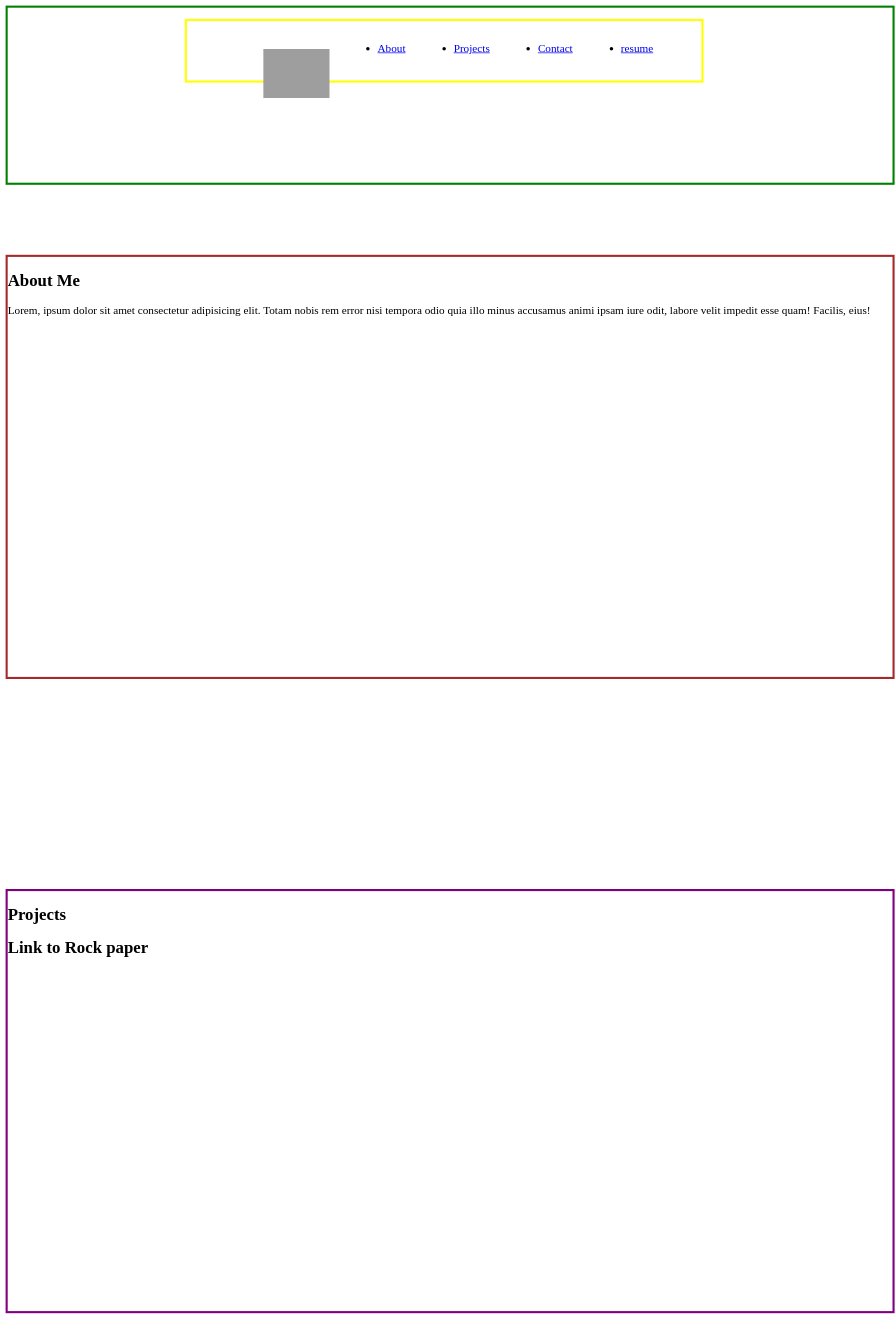
Repository: JohnDunst/projecttwo
Page: /
The author's editor kept a copy of each file at every save. The page is drawn from the files as they stood at one save, then again after the next save.
The browser window is 1280 px wide. The pictures show the part of the page from y = 0 to 1920 px (the page is 2790 px tall), at 70% of full size.
Pictures or frames that could not be fetched are drawn as grey boxes. The project was rebuilt for these pictures with package versions that can differ from the ones it lists, and the page was loaded fresh each time. Imported but missing from the stored project, and not drawn on this page: src/assets/Dunst Resume.pdf.

Above is the page before, as saved 2023-08-03 23:23:35.

### src/App.js
import React from 'react';
import Header from './components/Header';
import About from './components/About';
import Projects from './components/Projects';
import Contact from './components/Contact';
import Resume from './components/Resume';
import './style.css'

const App = () => {
  return (
    <div className="app">
      <Header />
        <About />
        <Projects />
        <Resume />
        <Contact />
    </div>
  );
};

export default App;

### src/components/Header.jsx
import React from "react";
import CV from "../assets/Dunst Resume.pdf";
import Resume from "./Resume";

const Header = () => {




  const scrollToAbout = () => {
    const aboutSection = document.getElementById("about");
    if (aboutSection) {
      aboutSection.scrollIntoView({ behavior: "smooth" });
    }
  };



  const openResume = () => {
    window.open(CV, "Dunst Resume.pdf"); // Open the PDF in a new browser tab
  };





  return (
    <div>
      <div className="headerConatiner">
        <ul className="linkContainer">
          <a href="spicy" className="nav__logo">
            <img
              src="https://encrypted-tbn0.gstatic.com/images?q=tbn:ANd9GcQTsOxv6UAiGwL2tSXdFUM0rM63enIOaDz2eQ&usqp=CAU"
              alt="Nevergiveup"
            />
          </a>
          <li>
            <a href="#about" onClick={scrollToAbout}>
              About
            </a>
          </li>
          <li>
            <a href="#projects">Projects</a>
          </li>
          <li>
            <a href="#contact">Contact</a>
          </li>
          <li>
            <a href="#resume" onClick={openResume}>
              resume
            </a>
          </li>
        </ul>
      </div>
    </div>
  );
};
export default Header;

### src/components/About.jsx
import React from 'react';

const About = () => {
  return (
    <section id="about">
      <h2>About Me</h2>
      <p>
       Lorem, ipsum dolor sit amet consectetur adipisicing elit. Totam nobis rem error nisi tempora odio quia illo minus accusamus animi ipsam iure odit, labore velit impedit esse quam! Facilis, eius!
      </p>

    </section>
  );
};

export default About;

### src/components/Projects.jsx
import React from 'react';

const Projects = () => {
  return (
    <section id="projects">
      <h2>Projects</h2>
            <div>
                <h1> Link to Rock paper </h1>


            </div>
    </section>
  );
};

export default Projects;

### src/components/Contact.jsx
import React from 'react';

const Contact = () => {
  return (
    <section id="contact">
      <h2>Contact Me</h2>
              {/* Add Linkdin Github Email  */}
    </section>
  );
};

export default Contact;

### src/components/Resume.jsx
import React, { useRef } from "react";
import CV from "../assets/Dunst Resume.pdf";
import Header from "./Header";

const Resume = () => {
  const resumeLinkRef = useRef(null);

  const openResume = () => {
    window.open(CV, "Dunst Resume.pdf"); // Open the PDF in a new browser tab
  };
  React.useEffect =
    (() => {
      if (resumeLinkRef.current) {
        resumeLinkRef.current.addEventListener("click", openResume);
      }
      return () => {
        if (resumeLinkRef.current) {
          resumeLinkRef.current.removeEventListener("click", openResume);
        }
      };
    },
    []);
};

export default Resume;

### src/style.css
.headerConatiner{
    border: solid green;
    width:100%;
    height: 250px;
    display: flex;
    flex-direction: column;

}
.searchContainer{
    border: solid teal;
    width: 100%;
    height: 100px;
    display: flex;
    justify-content: space-evenly;
    flex-direction: row;
    margin-left: 0%;
}

.linkContainer{
border: solid yellow;
width: 55%;
height:55px;
display: flex;
justify-content: space-evenly;
margin-left: 20%;
padding-top: 30px;

}
#about{
    border: solid brown;
    height: 600px;
    width: 100%;
    margin-top: 100px;

}
#projects{
    border: solid purple;
    margin-top: 300px;

    height: 600px;
    width: 100%;
}
#contact{
    border: solid pink;
    margin-top: 300px;
    height: 600px;
    width: 100%;
}
.nav__logo img{
    height: 70px;
    width: 95px;
margin-bottom: 30px;
}
img{
    max-width: 100%;
    padding-top: 10px;
}

Loaded but not shown: public/index.html (common file); src/index.js (common file)

After the next save:
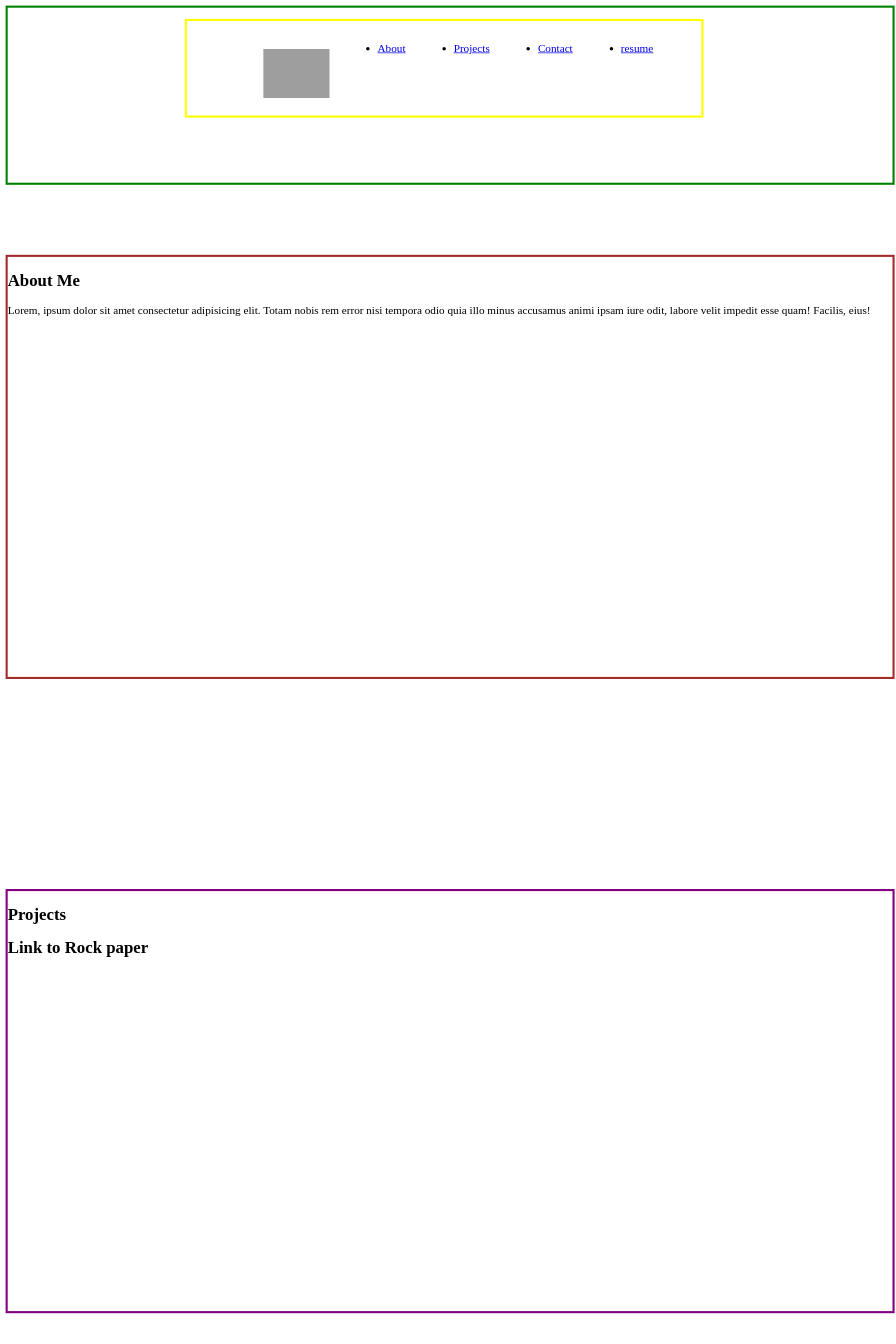
Saved 8 s later.
--- a/src/style.css
+++ b/src/style.css
@@ -19,7 +19,7 @@
 .linkContainer{
 border: solid yellow;
 width: 55%;
-height:55px;
+height:105px;
 display: flex;
 justify-content: space-evenly;
 margin-left: 20%;
